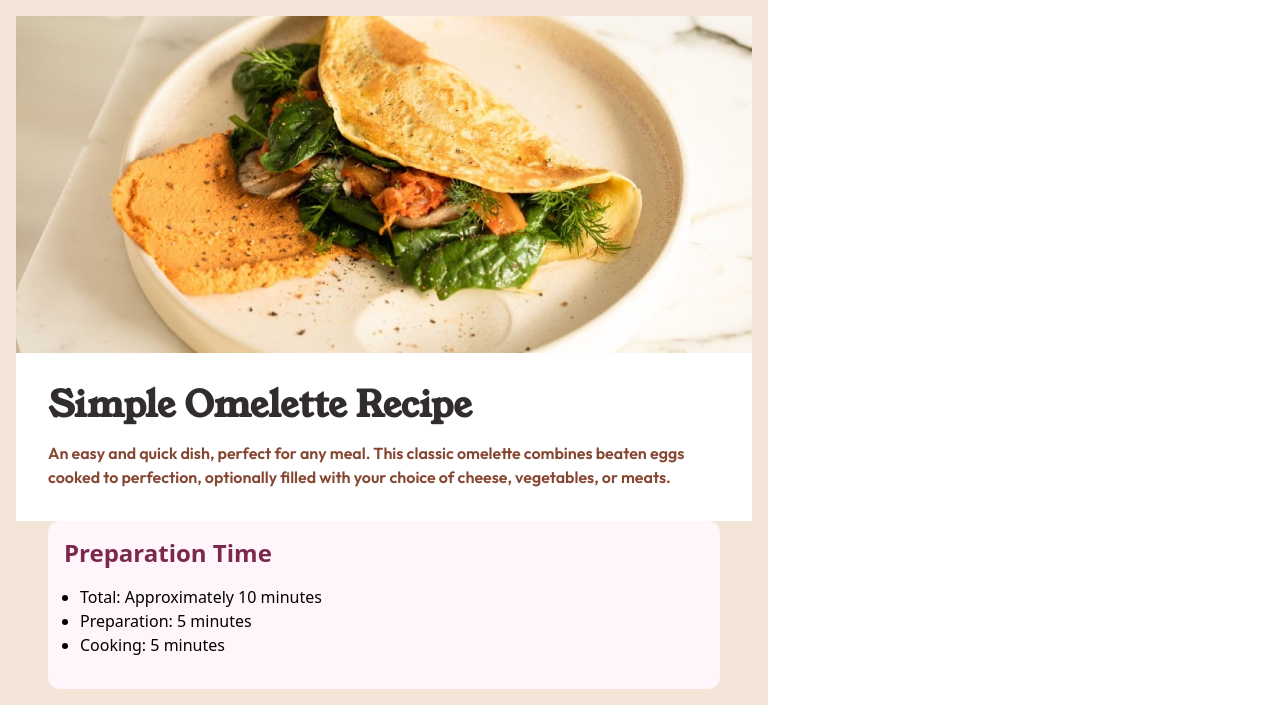
Repository: nivrii/recipe-page-main
Page: /
The author's editor kept a copy of each file at every save. The page is drawn from the files as they stood at one save, then again after a run of saves.
The browser window is 1280 px wide. The pictures show the whole page.
The project was rebuilt for these pictures with package versions that can differ from the ones it lists, and the page was loaded fresh each time. Also part of the build but not shown: vite.config.js, src/index.css.

Above is the page before, as saved 2024-03-23 14:34:48.

After the next 3 saves:
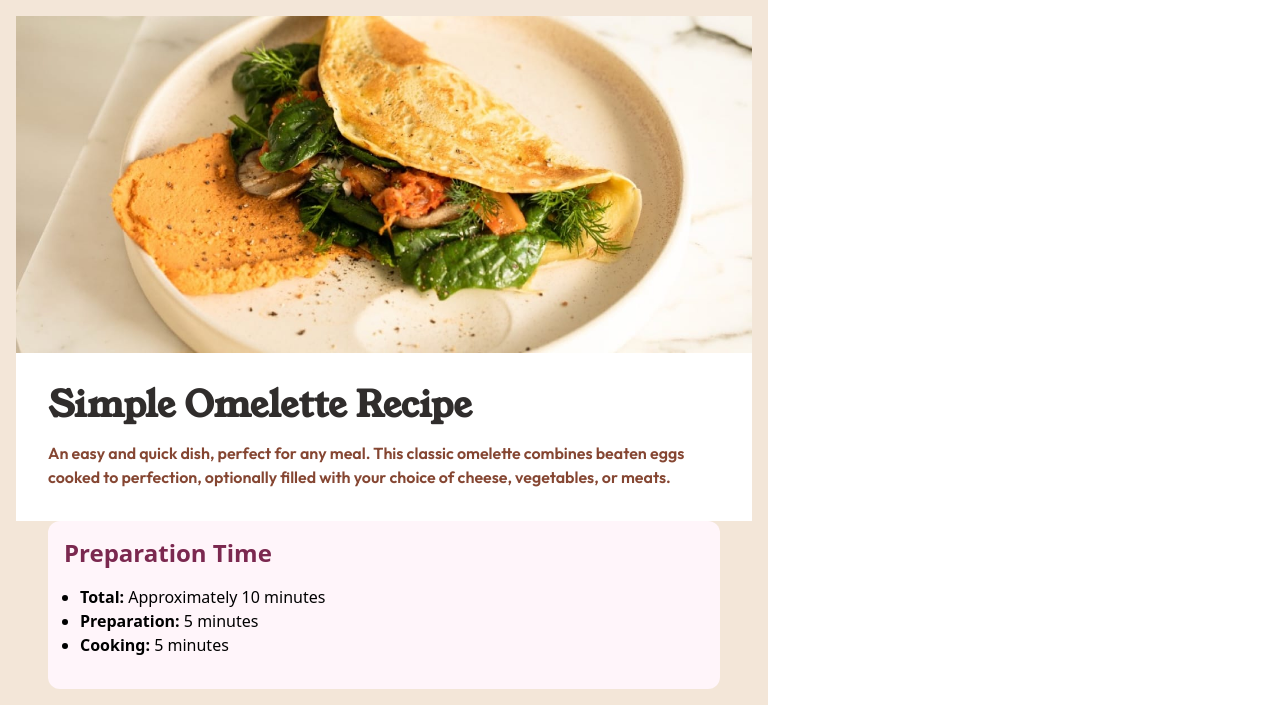
The 3 saves are shown as one change because 2 did not build or start.
The last was saved 65 s later.
--- a/src/App.jsx
+++ b/src/App.jsx
@@ -22,9 +22,9 @@ function App() {
           Preparation Time
         </h1>
         <ul className="list-disc p-4">
-          <li><span>Total:</span> Approximately 10 minutes</li>
-          <li><span>Preparation:</span> 5 minutes</li>
-          <li><span>Cooking:</span> 5 minutes</li>
+          <li><span className="font-semibold">Total:</span> Approximately 10 minutes</li>
+          <li><span className="font-semibold">Preparation:</span> 5 minutes</li>
+          <li><span className="font-semibold">Cooking:</span> 5 minutes</li>
         </ul>
       </div>
     </div>
